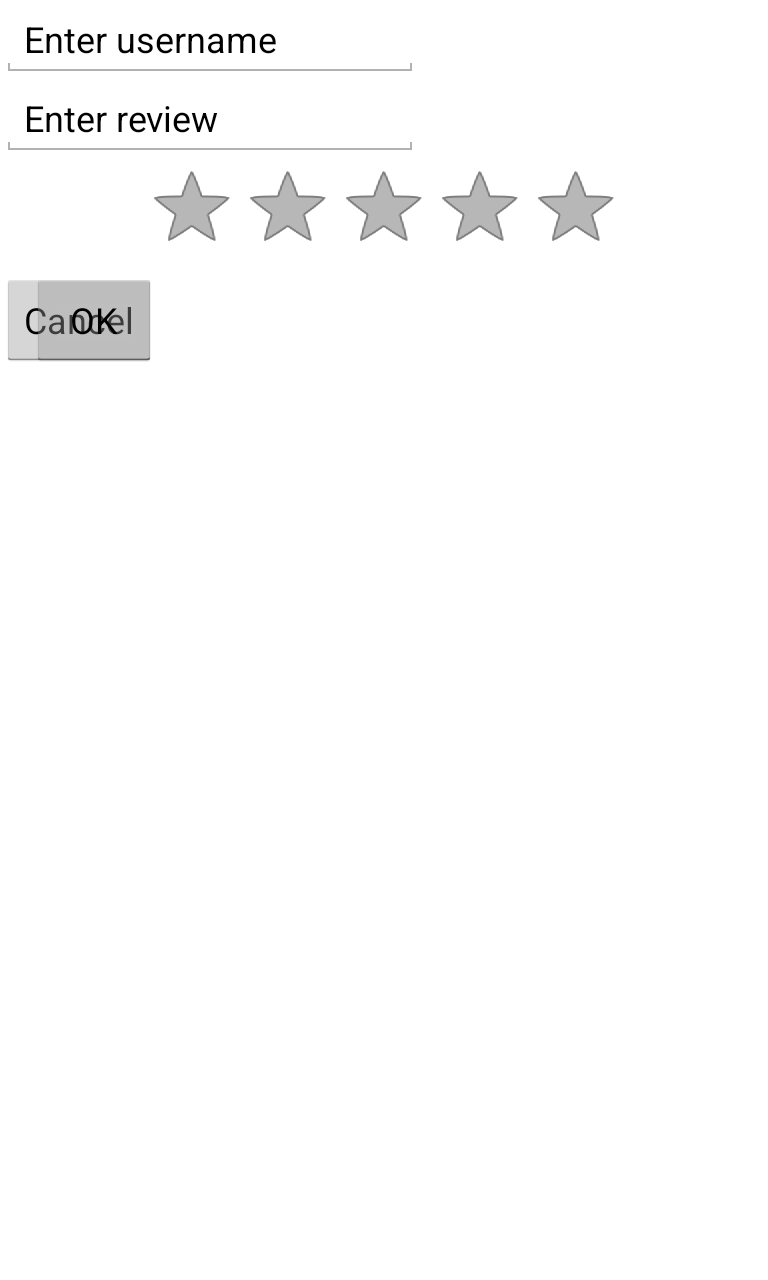
Repository: yash256/atnt
Layout: WNY Farm Fresh/res/layout/dialog.xml
These files come from the project's save history. The layout is drawn as it stood at one moment and after the next save; the edit follows.
It is drawn on a 768 x 1280 px phone screen (xhdpi) without system bars, with theme AppTheme; the app's code is not run.

Above is the layout before, as saved 2014-11-10 20:48:54.

After the next save:
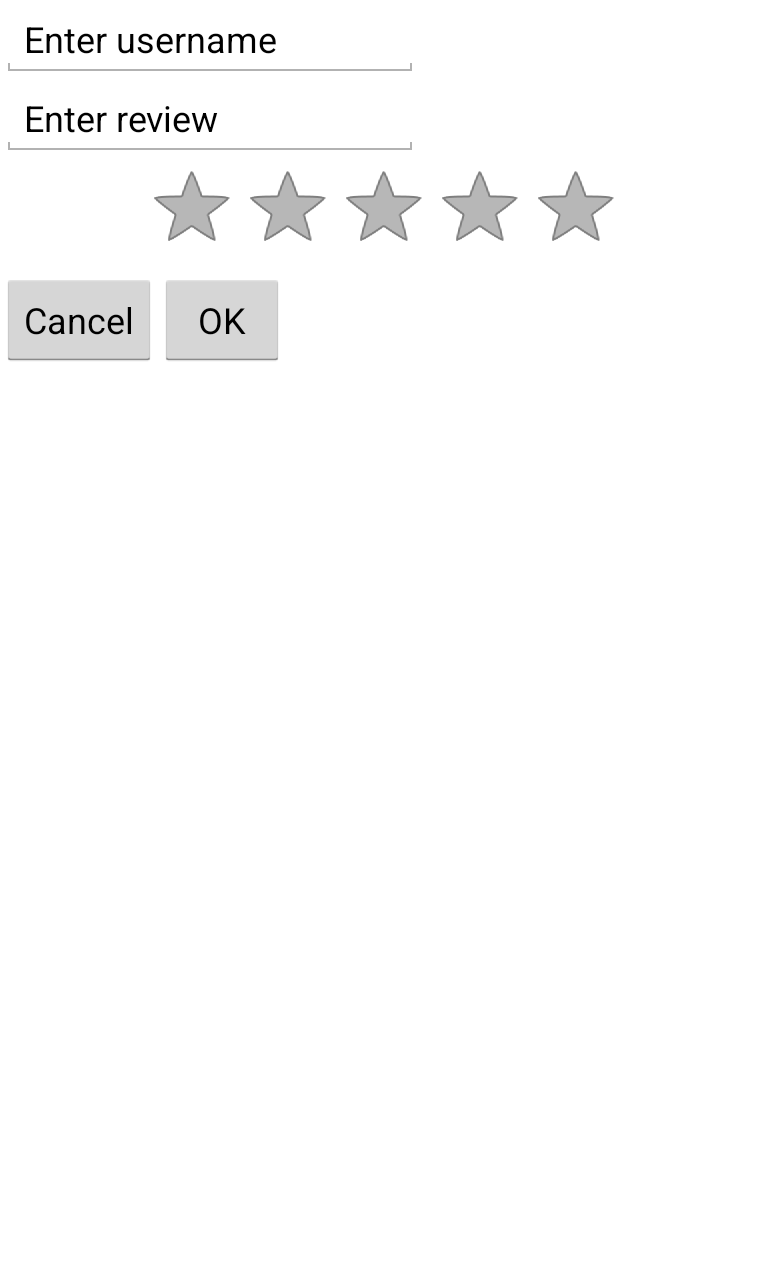
Saved 47 s later.
--- a/WNY Farm Fresh/res/layout/dialog.xml
+++ b/WNY Farm Fresh/res/layout/dialog.xml
@@ -41,13 +41,12 @@
         android:layout_gravity="left"
         android:layout_row="3"
         />
+
     <Button
         android:id="@+id/ok_review"
-        android:text="@string/ok"
-        android:layout_columnSpan="4"
-        android:layout_gravity="right"
+        android:layout_column="5"
+        android:layout_gravity="left|top"
         android:layout_row="3"
-         />
-
+        android:text="@string/ok" />
 
 </GridLayout>
